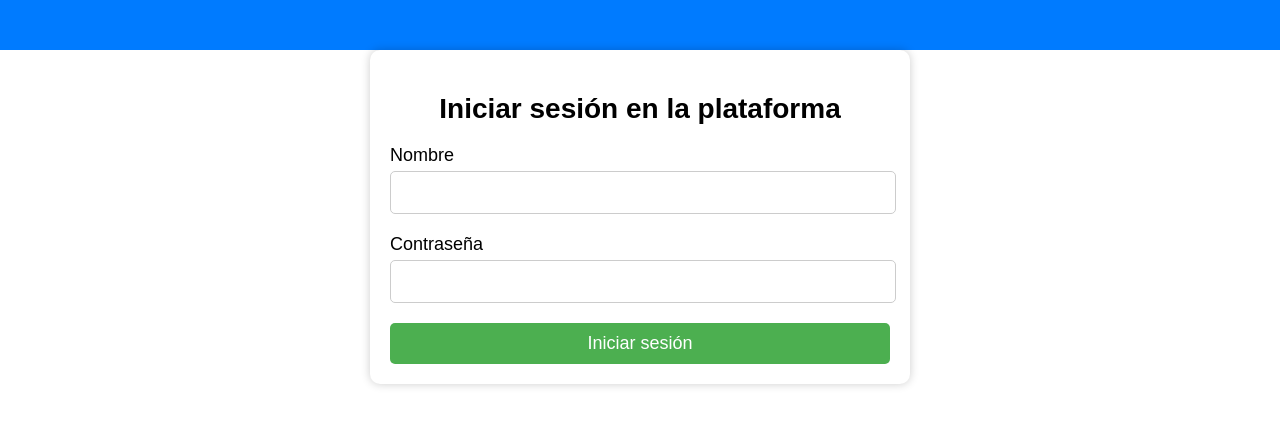
Repository: n0soyHacker/school-administration-app
Page: /
The author's editor kept a copy of each file at every save. The page is drawn from the files as they stood at one save, then again after the next save.
The browser window is 1280 px wide. The page is 1280 px wide, then 1286 px, so the pictures cover 1286 px, including what lies to the right of the window. The pictures show the whole page.
The project was rebuilt for these pictures with package versions that can differ from the ones it lists, and the page was loaded fresh each time.

Above is the page before, as saved 2023-02-18 19:54:06.

### src/App.js
import React, { useState } from 'react';
import './styleForm.css';

function App() {
  const [darkMode, setDarkMode] = useState(false);

  const handleModeChange = () => {
    setDarkMode(!darkMode);
  };

  const containerClasses = `container ${darkMode ? 'dark-mode' : 'light-mode'}`;

  return (
    <div className="App">
      <div className="header">
        <button className="mode-toggle" onClick={handleModeChange}>
          {darkMode ? <i className="fas fa-sun"></i> : <i className="fas fa-moon"></i>}
        </button>
      </div>
      <div className={containerClasses}>
        <form>
          <h2>Iniciar sesión en la plataforma</h2>
          <div className="form-group">
            <label htmlFor="username">Nombre</label>
            <input type="text" id="username" name='username' required />
          </div>
          <div className="form-group">
            <label htmlFor="password">Contraseña</label>
            <input type="password" id="password" name="password" required />
          </div>
          <button type='submit'>Iniciar sesión</button>
        </form>
      </div>
    </div>
  );
}

export default App;

### src/styleForm.css
body {
  font-family: sans-serif;
  background-color: var(--bg-color);
  color: var(--text-color);
  transition: background-color 0.2s, color 0.2s;
}

.header {
  display: flex;
  justify-content: flex-end;
  align-items: center;
  height: 50px;
  background-color: #007bff;
}

.mode-toggle {
  display: flex;
  justify-content: center;
  align-items: center;
  width: 50px;
  height: 50px;
  border: none;
  background-color: transparent;
  color: #fff;
  font-size: 24px;
  cursor: pointer;
}

.container {
  max-width: 500px;
  margin: 0 auto;
  background-color: #fff;
  padding: 20px;
  border-radius: 10px;
  box-shadow: 0 0 10px rgba(0, 0, 0, 0.2);
}

.container.dark-mode {
  --bg-color: #1f1f1f;
  --text-color: #fff;
}

.container.light-mode {
  --bg-color: #f1f1f1;
  --text-color: #000;
}

h2 {
  text-align: center;
  font-size: 28px;
  margin-bottom: 20px;
}

.form-group {
  margin-bottom: 20px;
  padding-right: 1em;
}

label {
  display: block;
  margin-bottom: 5px;
  font-size: 18px;
}

input {
  width: 100%;
  padding: 10px;
  font-size: 18px;
  border-radius: 5px;
  border: 1px solid #ccc;
}

button[type="submit"] {
  display: block;
  width: 100%;
  padding: 10px;
  background-color: #4CAF50;
  color: #fff;
  font-size: 18px;
  border: none;
  border-radius: 5px;
  cursor: pointer;
  transition: background-color 0.

Loaded but not shown: public/index.html (common file); src/index.js (common file); src/index.css (common file); src/reportWebVitals.js (common file)

After the next save:
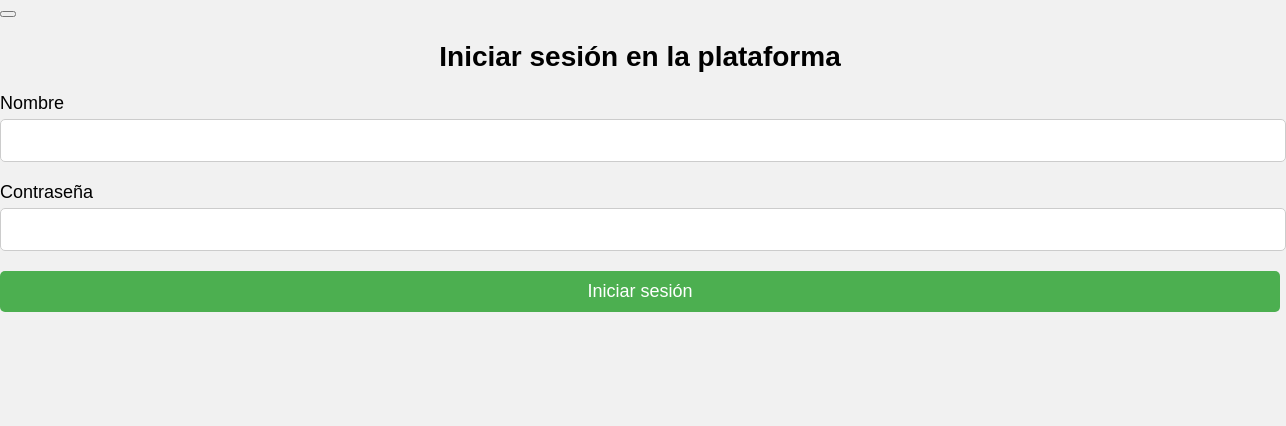
Saved 2 min 54 s later.
--- a/src/styleForm.css
+++ b/src/styleForm.css
@@ -1,48 +1,53 @@
 body {
   font-family: sans-serif;
-  background-color: var(--bg-color);
-  color: var(--text-color);
-  transition: background-color 0.2s, color 0.2s;
+  background-color: #f1f1f1;
 }
 
-.header {
+/* Estilos para la barra superior */
+.navbar {
   display: flex;
-  justify-content: flex-end;
+  justify-content: space-between;
   align-items: center;
-  height: 50px;
-  background-color: #007bff;
+  background-color: #0074D9;
+  color: #fff;
+  height: 60px;
+  padding: 0 20px;
 }
 
-.mode-toggle {
+.navbar h1 {
+  margin: 0;
+}
+
+.toggle-theme {
   display: flex;
   justify-content: center;
   align-items: center;
-  width: 50px;
-  height: 50px;
-  border: none;
-  background-color: transparent;
-  color: #fff;
-  font-size: 24px;
+  width: 40px;
+  height: 40px;
+  border-radius: 50%;
+  background-color: #fff;
   cursor: pointer;
+  transition: background-color 0.2s;
 }
 
-.container {
+.toggle-theme i {
+  font-size: 24px;
+  color: #0074D9;
+}
+
+.toggle-theme:hover {
+  background-color: #e6e6e6;
+}
+
+/* Estilos para el formulario */
+.form-container {
   max-width: 500px;
   margin: 0 auto;
   background-color: #fff;
   padding: 20px;
   border-radius: 10px;
   box-shadow: 0 0 10px rgba(0, 0, 0, 0.2);
-}
-
-.container.dark-mode {
-  --bg-color: #1f1f1f;
-  --text-color: #fff;
-}
-
-.container.light-mode {
-  --bg-color: #f1f1f1;
-  --text-color: #000;
+  margin-top: 20px;
 }
 
 h2 {
@@ -53,7 +58,7 @@ h2 {
 
 .form-group {
   margin-bottom: 20px;
-  padding-right: 1em;
+  padding-right: 1em; /* Añadido para separar los campos del borde derecho */
 }
 
 label {
@@ -80,4 +85,9 @@ button[type="submit"] {
   border: none;
   border-radius: 5px;
   cursor: pointer;
-  transition: background-color 0.
+  transition: background-color 0.2s;
+}
+
+button[type="submit"]:hover {
+  background-color: #3e8e41;
+}
